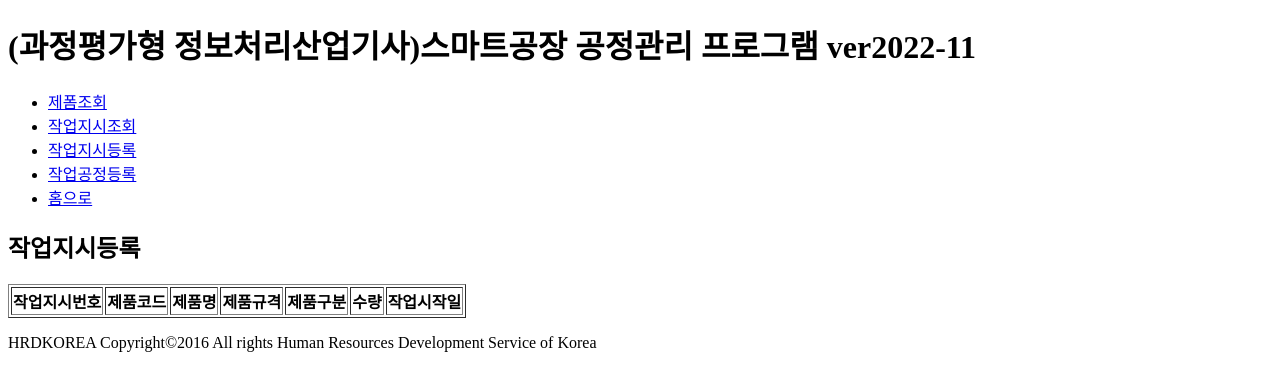
Repository: anakyn01/exam
Page: http://localhost/smart_5/sub2_1.jsp
The author's editor kept a copy of each file at every save. The page is drawn from the files as they stood at one save, then again after the next save.
The browser window is 1280 px wide. The pictures show the whole page.
The page is served by Tomcat 9.

Above is the page before, as saved 2025-01-06 07:17:54.

After the next save:
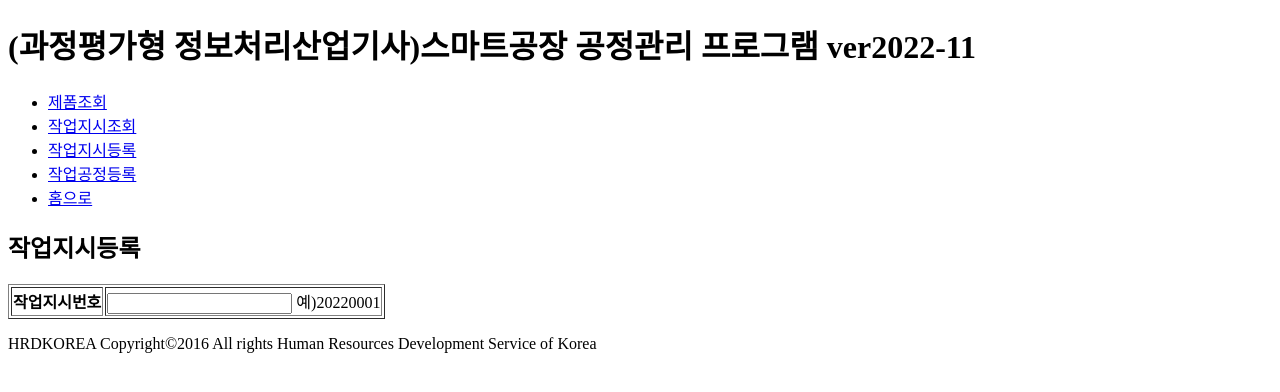
Saved 31 s later.
--- a/smart_5/src/main/webapp/sub2_1.jsp
+++ b/smart_5/src/main/webapp/sub2_1.jsp
@@ -6,14 +6,12 @@
 <h2>작업지시등록</h2>
 <table border=1>
 <tr>
-<th>작업지시번호</th>
-<th>제품코드</th>
-<th>제품명</th>
-<th>제품규격</th>
-<th>제품구분</th>
-<th>수량</th>
-<th>작업시작일</th>
-</tr>
+	<th>작업지시번호</th>
+		<td>
+		<input type="text" name="w_workno">
+		<span>예)20220001</span>
+		</td>
+	</tr>
 </table>
 </section>
 
